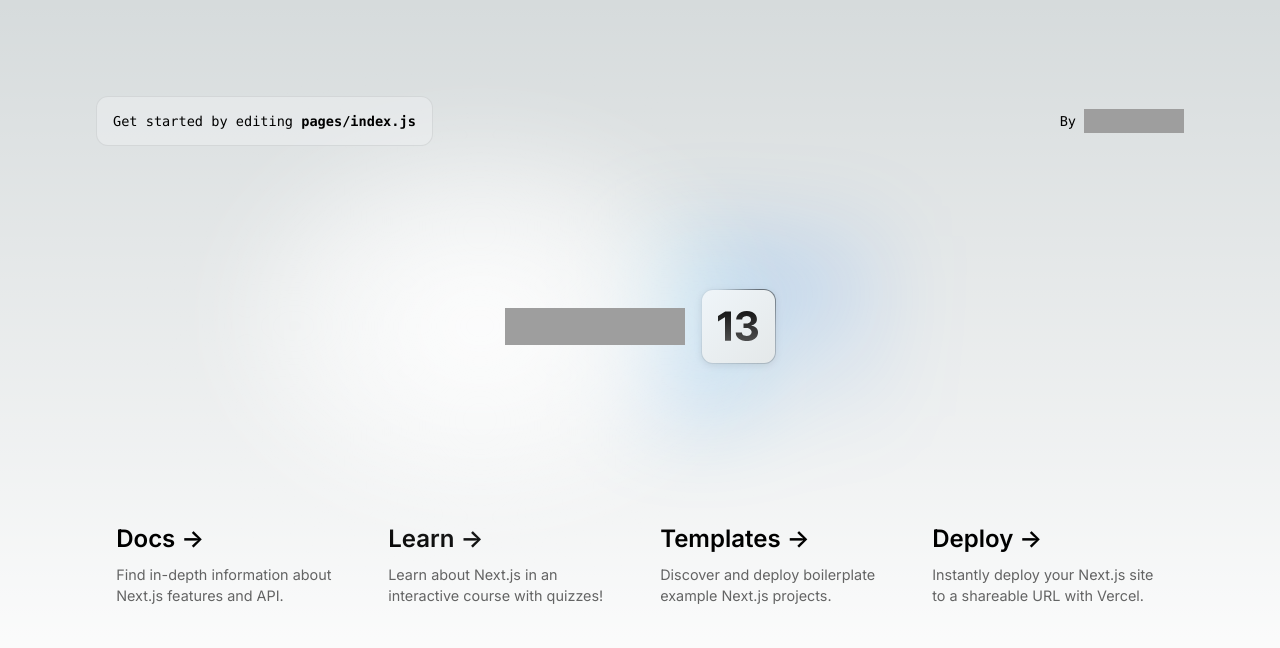
Repository: CJW-Rutt/beeboo-site
Page: / (app in mdia2109-bigproject/)
An editor plug-in stored every save of this project. The page is shown before and after the next save, followed by the edit.
The browser window is 1280 px wide. The pictures show the whole page.
Pictures or frames that could not be fetched are drawn as grey boxes. The project was rebuilt for these pictures with package versions that can differ from the ones it lists, and the page was loaded fresh each time. The framework's server and built-in components were replaced by stand-ins that run in the browser. Also part of the build but not shown: mdia2109-bigproject/next.config.js, mdia2109-bigproject/components/button/index.js.

Above is the page before, as saved 2023-02-09 15:20:44.

After the next save:
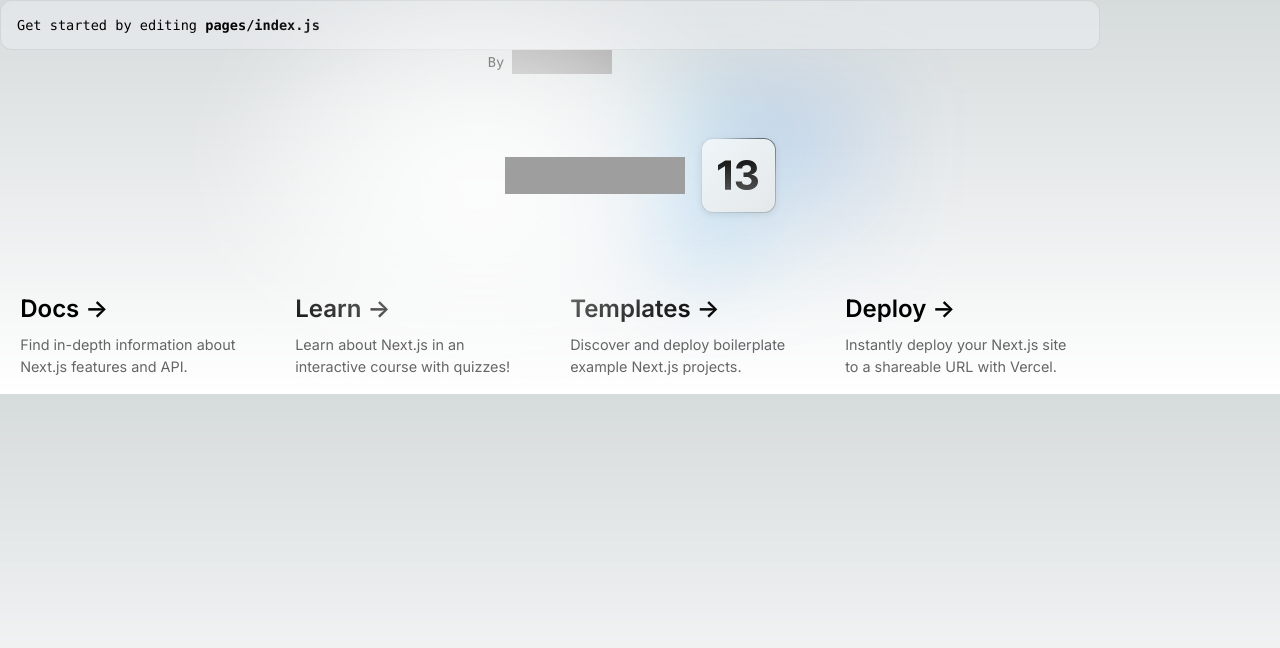
Saved 18 s later.
--- a/mdia2109-bigproject/pages/index.js
+++ b/mdia2109-bigproject/pages/index.js
@@ -15,7 +15,7 @@ export default function Home() {
         <meta name="viewport" content="width=device-width, initial-scale=1" />
         <link rel="icon" href="/favicon.ico" />
       </Head>
-      <main className={styles.main}>
+      <main>
         <div className={styles.description}>
           <p>
             Get started by editing&nbsp;
